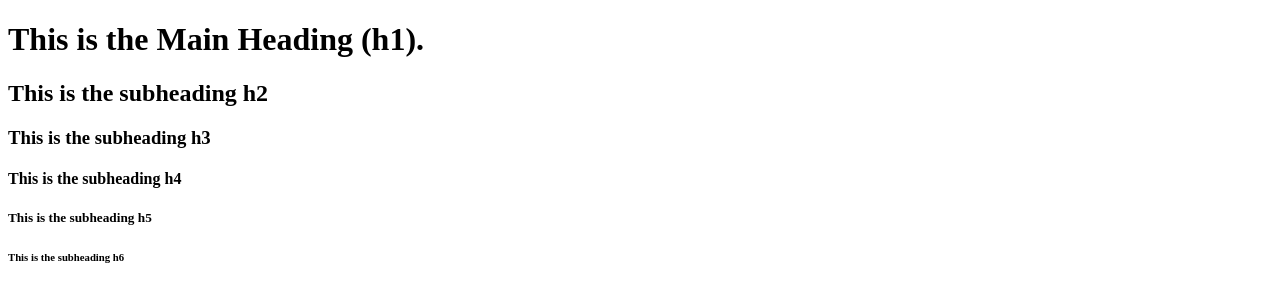
Repository: Koniya/my-coding-practices
Page: headings.html
The author's editor kept a copy of each file at every save. The page is drawn from the files as they stood at one save, then again after the next save.
The browser window is 1280 px wide. The pictures show the whole page.

Above is the page before, as saved 2024-01-24 19:23:16.

### headings.html
<!DOCTYPE html>
<html>
    <head>
        <meta charset="utf-8">
        <title>Heading Elements</title>
    </head>
    <body>
        <h1>This is the Main Heading (h1).</h1>
        <h2>This is the subheading h2</h2>
        <h3>This is the subheading h3</h3>
        <h4>This is the subheading h4</h4>
        <h5>This is the subheading h5</h5>
        <h6>This is the subheading h6</h6>
    </body>
</html>

After the next save:
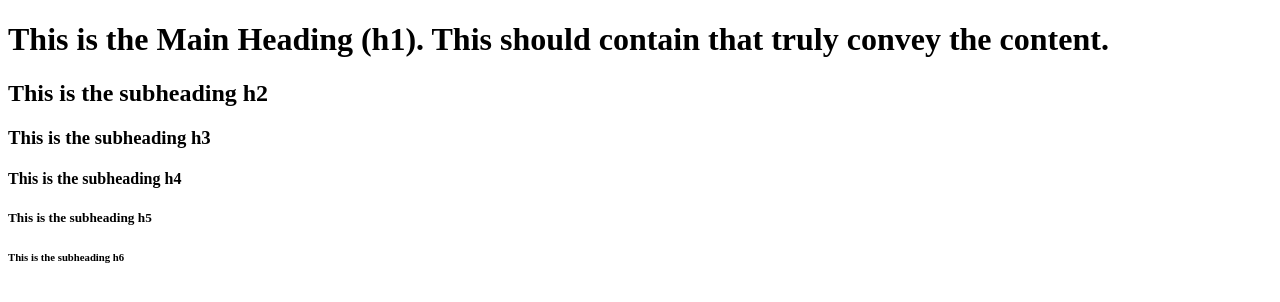
Saved 12 min 42 s later.
--- a/headings.html
+++ b/headings.html
@@ -5,7 +5,7 @@
         <title>Heading Elements</title>
     </head>
     <body>
-        <h1>This is the Main Heading (h1).</h1>
+        <h1>This is the Main Heading (h1). This should contain that truly convey the content.</h1>
         <h2>This is the subheading h2</h2>
         <h3>This is the subheading h3</h3>
         <h4>This is the subheading h4</h4>
